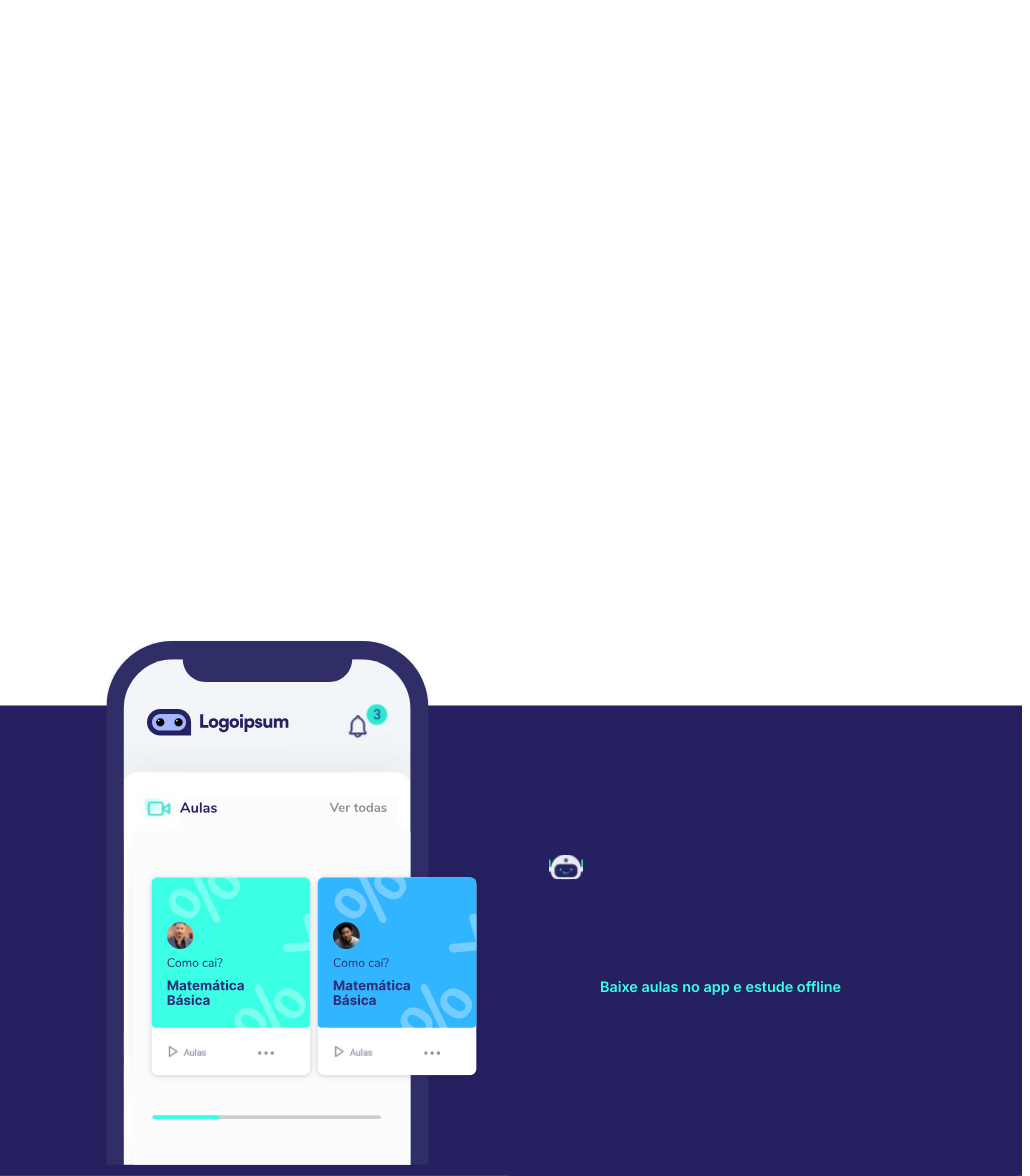
Repository: Williamlmachado/Desafio-Landing-page
Page: index.html
An editor plug-in stored every save of this project. The page is shown before and after the next save, followed by the edit.
The browser window is 1280 px wide. The page is 1472 px wide, so the pictures cover 1472 px, including what lies to the right of the window. The pictures show the part of the page from y = 3527 to 5207 px (the page is 5207 px tall), at 70% of full size.
Some icons come from a web library that is not loaded, so they are not drawn.

Above is the page before, as saved 2021-11-10 16:49:01.

After the next save:
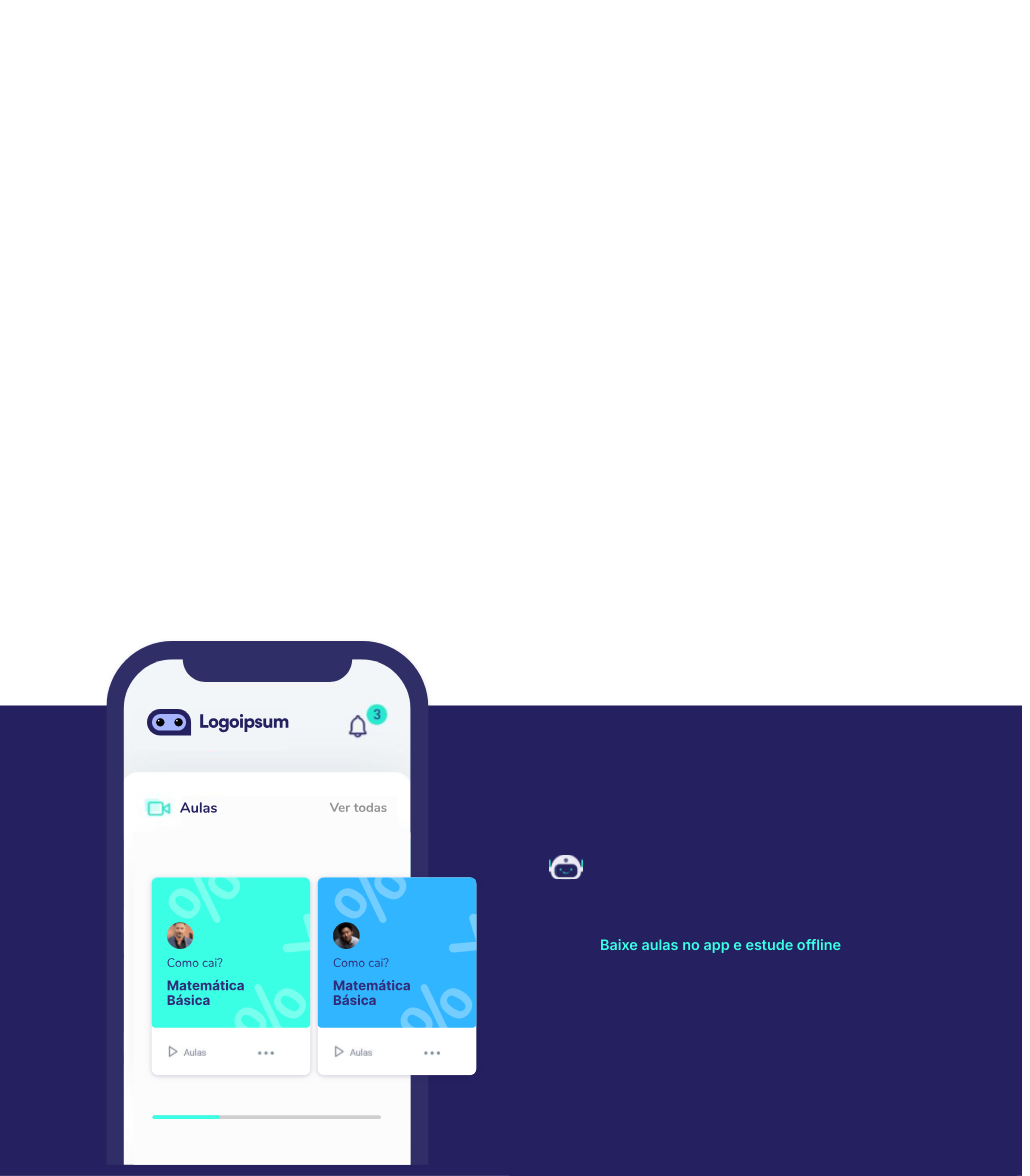
Saved 7 s later.
--- a/style.css
+++ b/style.css
@@ -488,6 +488,6 @@
     flex: none;
     order: 1;
     flex-grow: 0;
-    margin-top: 140px;
+    margin-top: 80px;
     margin-left: 857.02px;
 }
